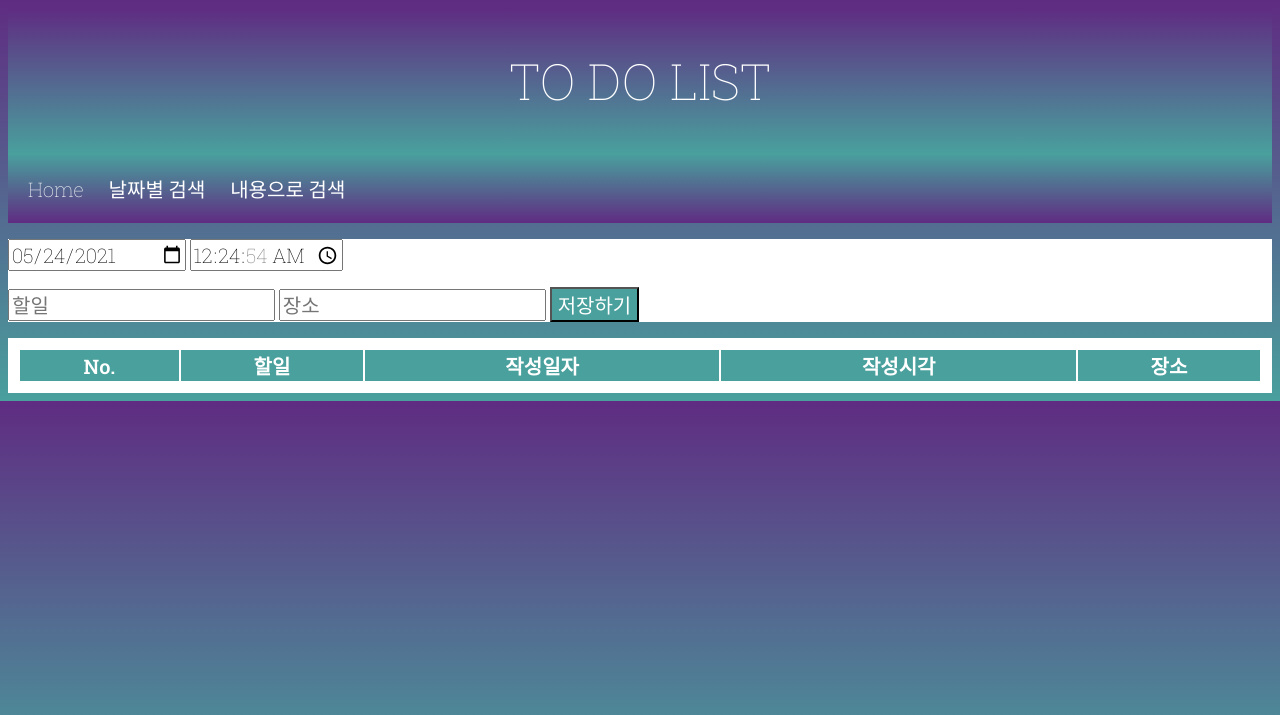
Repository: kimyoungjin98/Exam_Project
Page: http://localhost/Server_PR_TodoList/
An editor plug-in stored every save of this project. The page is shown before and after the next save, followed by the edit.
The browser window is 1280 px wide. The pictures show the whole page.
Some web fonts or font styles are not loaded; a fallback is used. The page is served by Tomcat 9. Queries for data that is not in the repository find no rows.

Above is the page before, as saved 2021-05-25 02:16:01.

After the next save:
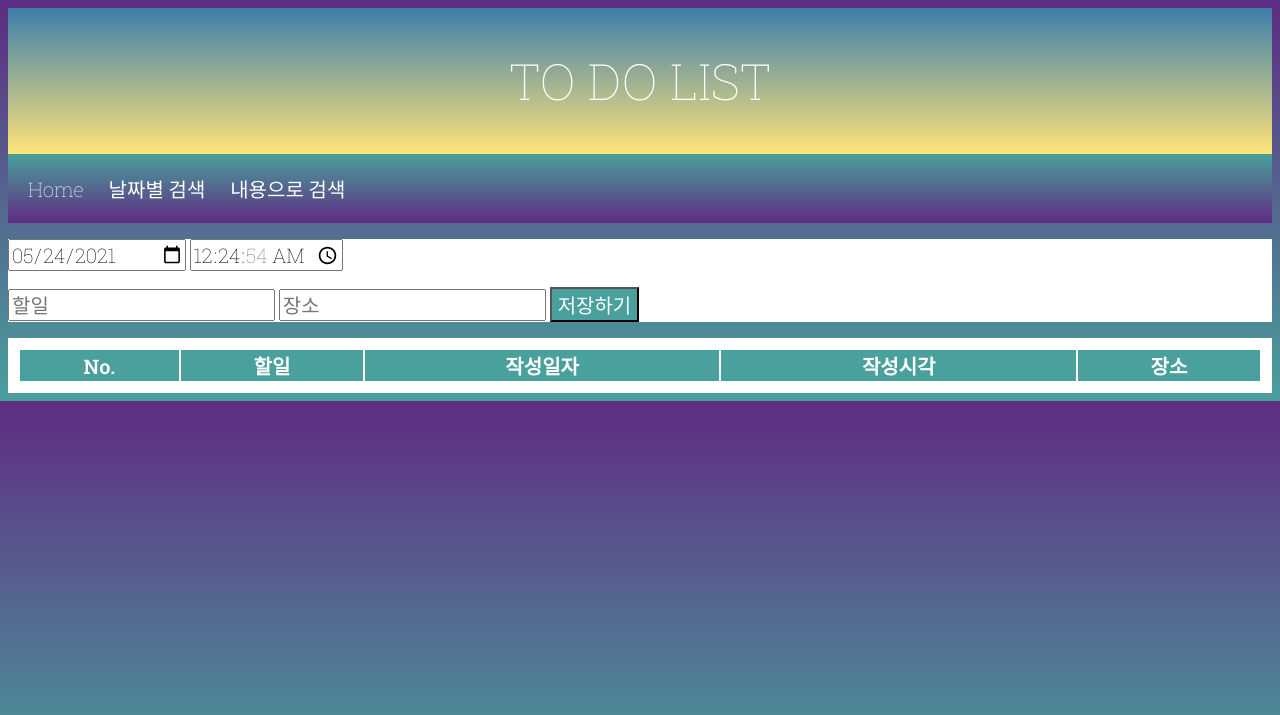
Saved 52 s later.
--- a/Server_PR_TodoList/src/main/webapp/WEB-INF/views/banner.jsp
+++ b/Server_PR_TodoList/src/main/webapp/WEB-INF/views/banner.jsp
@@ -46,7 +46,8 @@ h1 {
 	margin:auto;
 	text-align: center;
 	font-size:50px;
-	background:linear-gradient(to bottom, #5f2c82, #49a09d);
+	background:linear-gradient(to bottom, #3d7eaa, #ffe47a);
+
 	color:white;
 	padding:40px;
 	font-weight: lighter;
